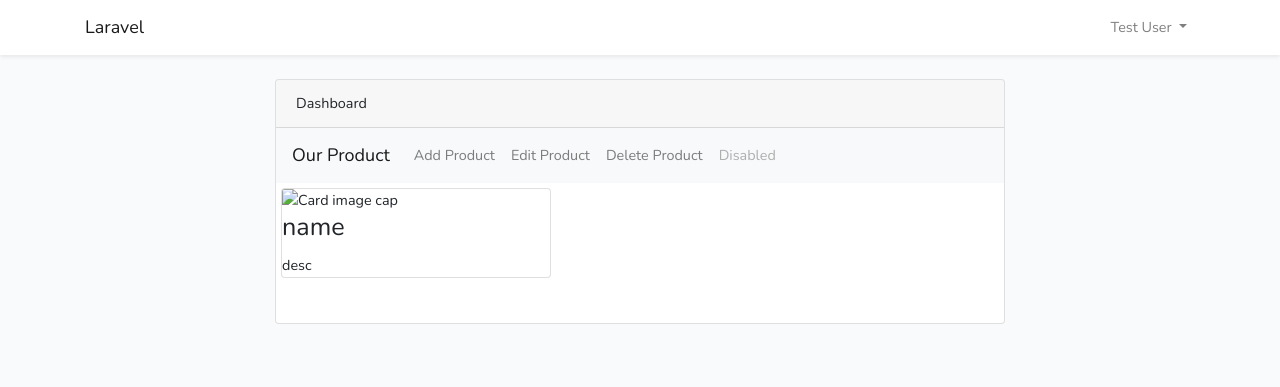
Repository: Fateen980/Tawfiq
Page: http://localhost/home
These files come from the project's save history. The page is drawn as it stood at one moment and after the next save; the edit follows.
The browser window is 1280 px wide. The pictures show the whole page.
The page is served by the project's Laravel application, run on PHP 8.4 with Laravel 8. A made-up administrator, Test User (test@example.com), is signed in. Queries for data that is not in the repository find no rows.

Above is the page before, as saved 2020-09-17 09:11:29.

After the next save:
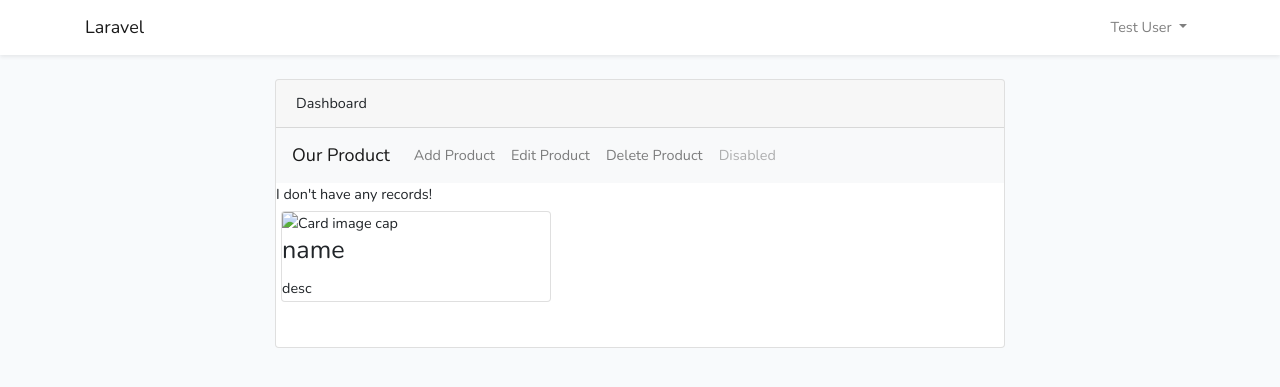
Saved 4 s later.
--- a/resources/views/home.blade.php
+++ b/resources/views/home.blade.php
@@ -32,7 +32,7 @@
 </nav>
 
 
-@if (count($Products) < 0)
+@if (count($Products) === 0)
 
 I don't have any records!
 @endif
